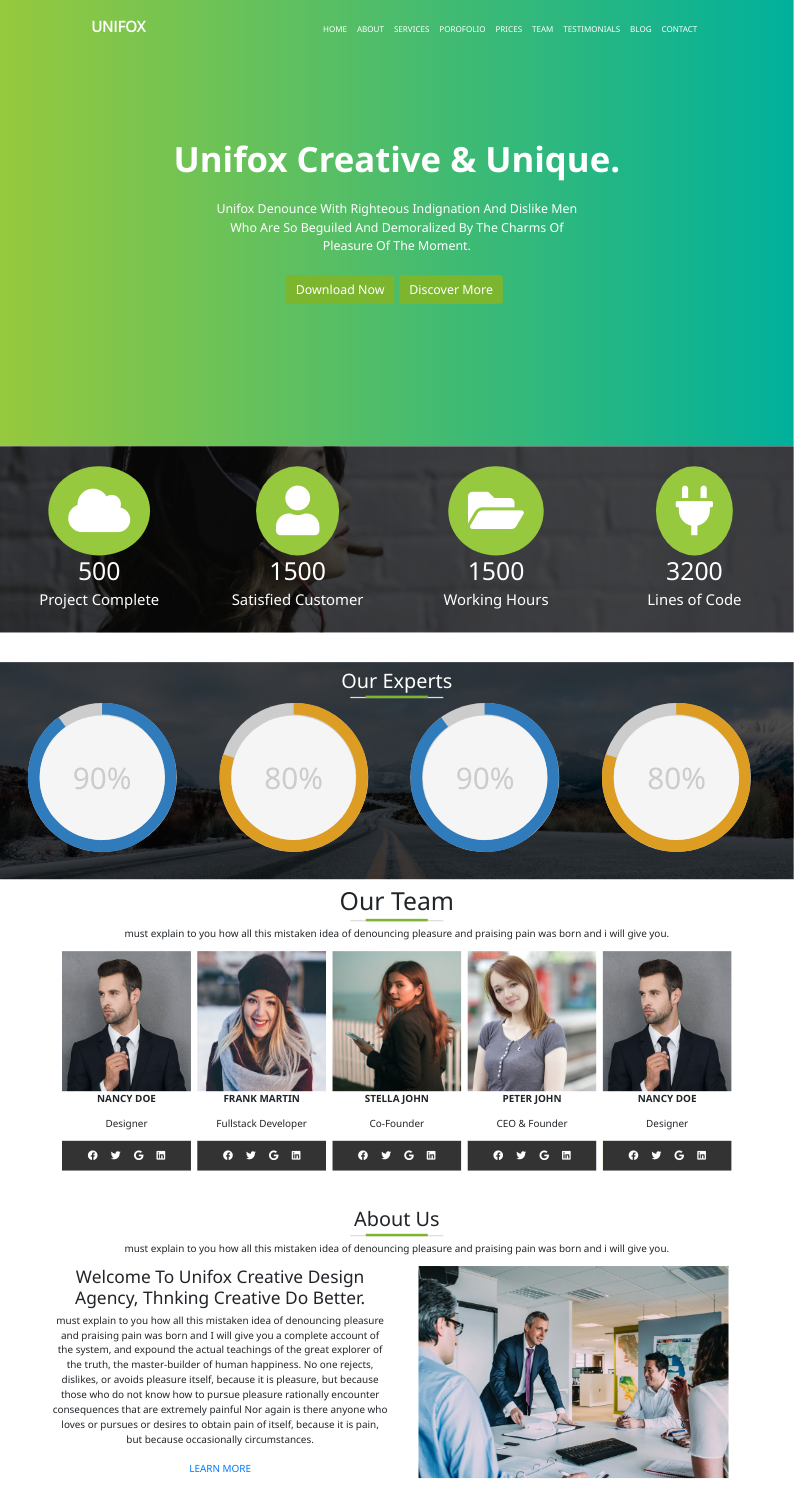
Repository: ibrkhalil/Uniforce-First-Attempt
Page: index.html
An editor plug-in stored every save of this project. The page is shown before and after the next save, followed by the edit.
The browser window is 1280 px wide. The pictures show the whole page, at 62% of full size.
Backgrounds fixed to the window are drawn as part of the page.

Above is the page before, as saved 2021-01-24 02:30:38.

After the next save:
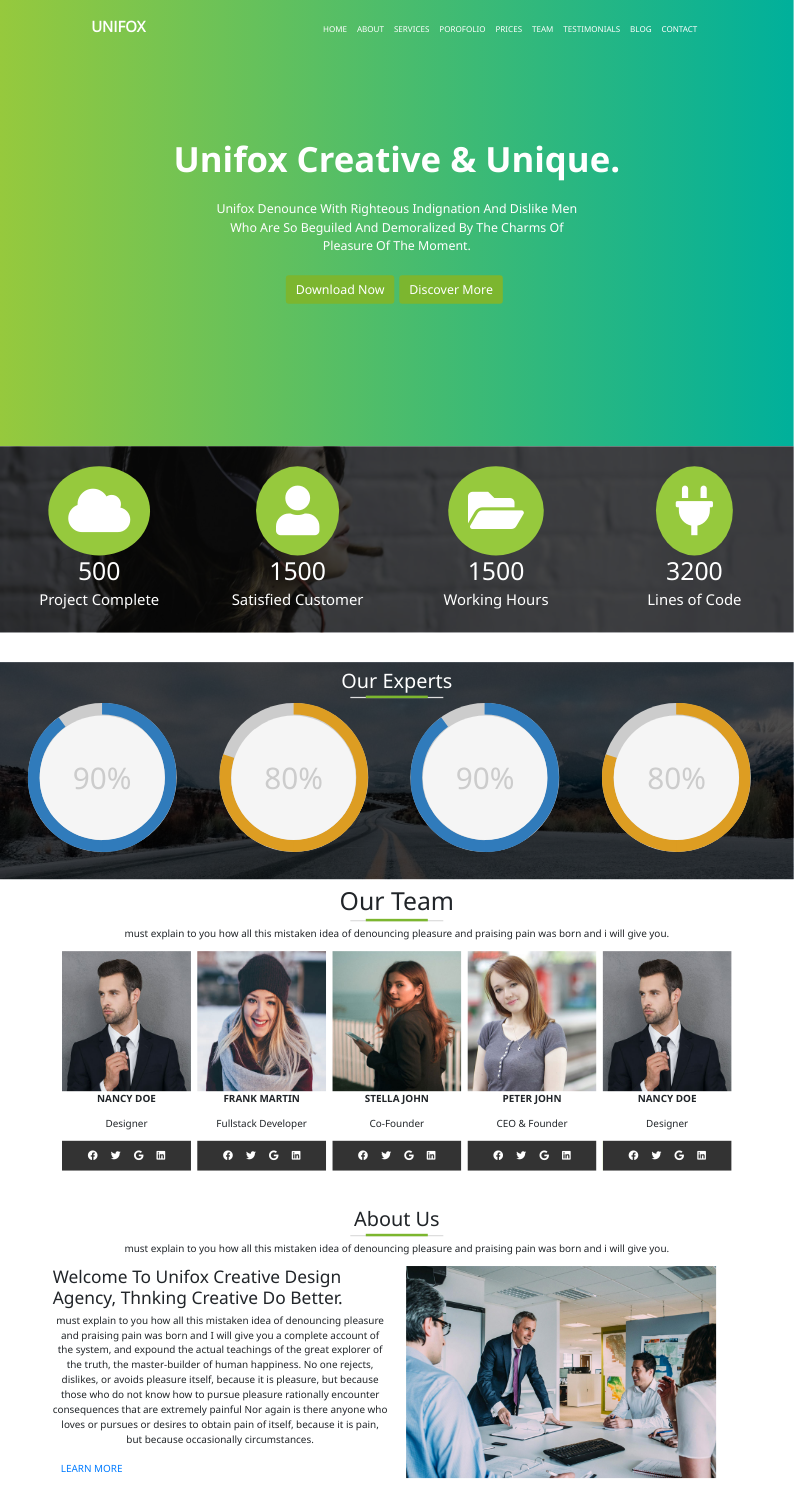
Saved 16 s later.
--- a/style.css
+++ b/style.css
@@ -302,7 +302,7 @@ font-weight: 400;
 .social-media-icons i{
     cursor: pointer;
 }
-.about-section{
+.about-section p{
     text-align: center;
 }
 /* .social-media-icons::before{
